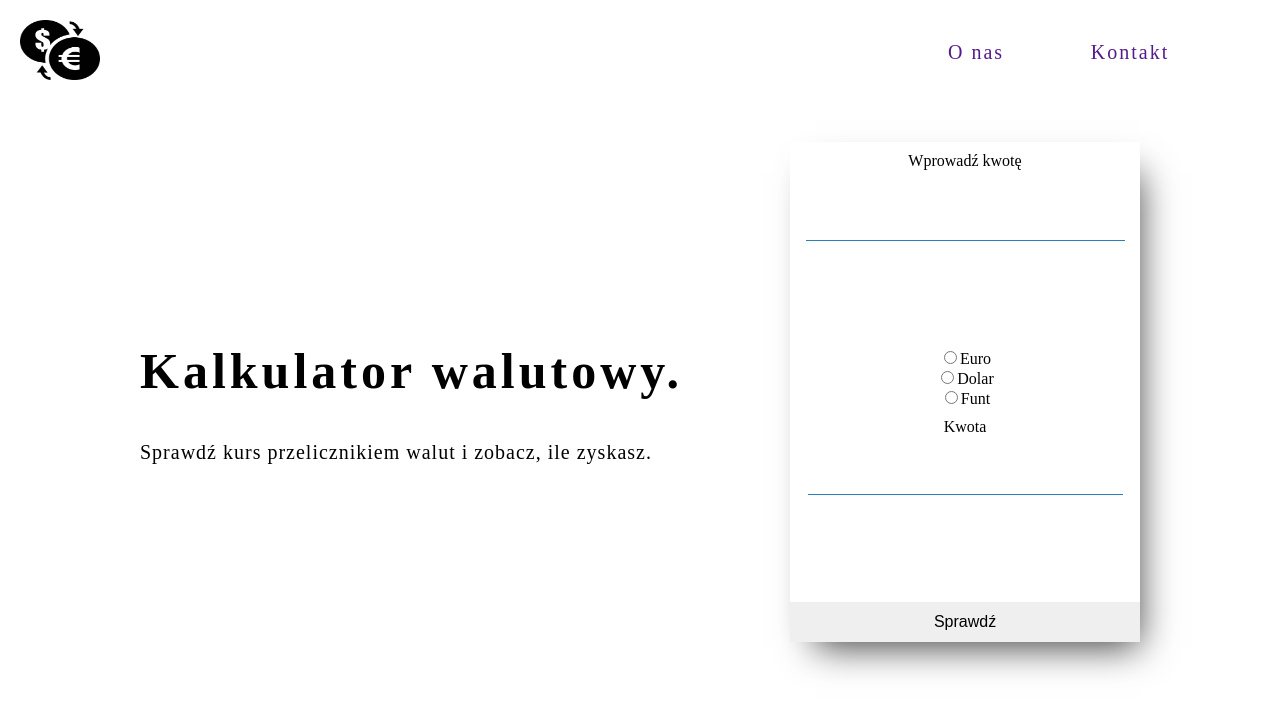
Repository: SebastianArmata22/Kalkulator-walut
Page: index.html
An editor plug-in stored every save of this project. The page is shown before and after the next save, followed by the edit.
The browser window is 1280 px wide. The pictures show the whole page.

Above is the page before, as saved 2020-10-23 20:37:13.

After the next save:
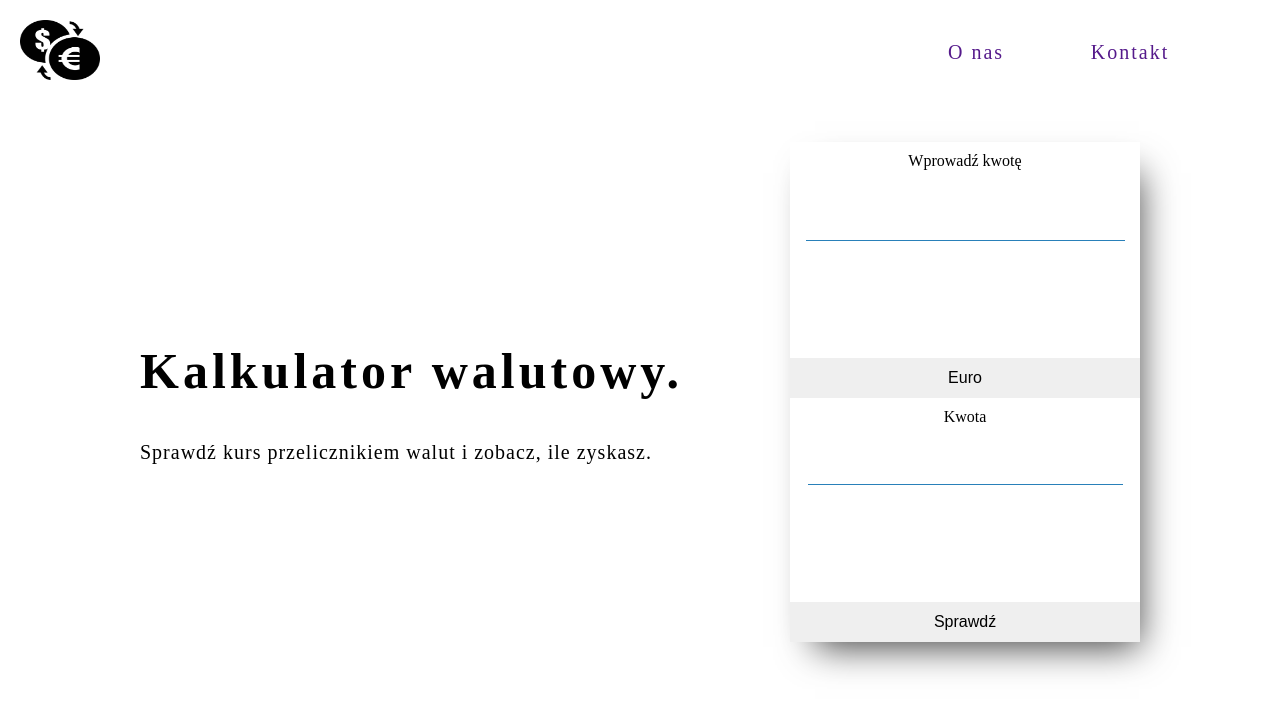
Saved 100 s later.
--- a/index.html
+++ b/index.html
@@ -36,9 +36,7 @@
                 <label for="inputNumber" class="text-label">Wprowadź kwotę</label><br>
                 <input type="text" id="inputNumber">
                     <div class="inp-div">
-                        <label><input type="radio" value="euro" id="inputEuro" name="money">Euro</label>
-                        <label><input type="radio" value="dolar" id="inputDolar" name="money">Dolar</label>
-                        <label><input type="radio" value="funt" id="inputFunt" name="money">Funt</label>
+                        <button id="euro">Euro</button>
                     </div>
                 <label for="outputNumber" class="text-label"> Kwota</label><br>
                 <div id="outputNumber"></div>
